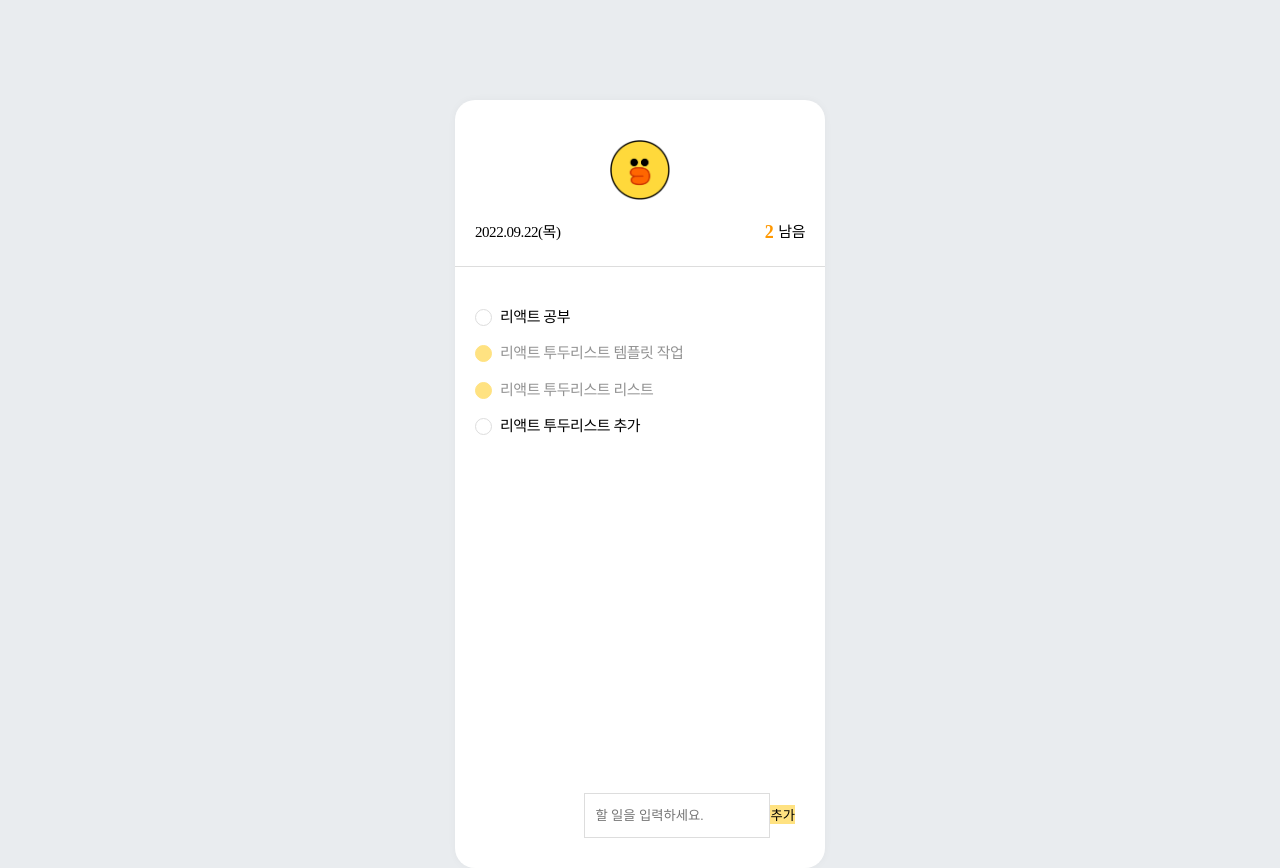
Repository: kwak0630/react-todo
Page: /
These files come from the project's save history. The page is drawn as it stood at one moment and after the next save; the edit follows.
The browser window is 1280 px wide. The pictures show the whole page.
The project was rebuilt for these pictures with package versions that can differ from the ones it lists, and the page was loaded fresh each time.

Above is the page before, as saved 2022-09-22 16:23:50.

### public/index.html
<!DOCTYPE html>
<html lang="en">
  <head>
    <meta charset="utf-8" />
    <link rel="icon" href="../src/assets/images/ico_sally.png" />
    <meta name="viewport" content="width=device-width, initial-scale=1" />
    <meta name="theme-color" content="#000000" />
    <meta
      name="description"
      content="Web site created using create-react-app"
    />
    <link rel="apple-touch-icon" href="%PUBLIC_URL%/logo192.png" />
    <!--
      manifest.json provides metadata used when your web app is installed on a
      user's mobile device or desktop. See https://developers.google.com/web/fundamentals/web-app-manifest/
    -->
    <link rel="manifest" href="%PUBLIC_URL%/manifest.json" />
    <!--
      Notice the use of %PUBLIC_URL% in the tags above.
      It will be replaced with the URL of the `public` folder during the build.
      Only files inside the `public` folder can be referenced from the HTML.

      Unlike "/favicon.ico" or "favicon.ico", "%PUBLIC_URL%/favicon.ico" will
      work correctly both with client-side routing and a non-root public URL.
      Learn how to configure a non-root public URL by running `npm run build`.
    -->
    <title>React - TodoList Test</title>
  </head>
  <body>
    <noscript>You need to enable JavaScript to run this app.</noscript>
    <div id="root"></div>
    <!--
      This HTML file is a template.
      If you open it directly in the browser, you will see an empty page.

      You can add webfonts, meta tags, or analytics to this file.
      The build step will place the bundled scripts into the <body> tag.

      To begin the development, run `npm start` or `yarn start`.
      To create a production bundle, use `npm run build` or `yarn build`.
    -->
  </body>
</html>

### src/App.js

import React from 'react'
import TodoTemplate from './components/TodoTemplate';
import TodoHeader from './components/TodoHeader';
import TodoList from './components/TodoList';
import TodoCreate from './components/TodoCreate';
import "./assets/css/style.scss"


const todos = [
  {
    id: 1,
    text: '리액트 공부',
    done: false
  },
  {
    id: 2,
    text: '리액트 투두리스트 템플릿 작업',
    done: true
  },
  {
    id: 3,
    text: '리액트 투두리스트 리스트',
    done: true
  },
  {
    id: 4,
    text: '리액트 투두리스트 추가',
    done: false
  }
]
function App() {
  return (
    <div>
      <TodoTemplate>
        <TodoHeader />
        <TodoList todos={todos} />
        <TodoCreate />
      </TodoTemplate>
    </div>
  );
}

export default App;

### src/components/TodoTemplate.js
import React from 'react';
import styled from 'styled-components';

const TodoTemplateBlock = styled.div`
    position: relative;

    display: flex;
    flex-direction: column;

    width: 370px;
    height: 768px;
    margin: 100px auto 0;

    background: white;
    border-radius: 20px;
    box-shadow: 0 0 8px 0 rgba(0, 0, 0, 0.04);
`;

function TodoTemplate({children}){
    return (
        <TodoTemplateBlock>
            {children}
        </TodoTemplateBlock>
    )
}

export default TodoTemplate;

### src/components/TodoHeader.js
import React from 'react';
import styled from 'styled-components';

const TodoHeaderBlock = styled.div`
    padding:40px 0 0;
    text-align: center;
    h1{
        font-size: 25px;
    }
    .sally{
        width: 60px;
    }
    .header-box{
        display: flex;
        justify-content: space-between;
        align-items: center;
        padding: 20px;
        border-bottom: 1px solid #ddd;
        .task{
            display: flex;
            justify-content: space-between;
            align-items: center;
            em{
                padding-right: 5px;
                font-size: 18px;
                font-weight: 700;
                color: #ff9800;
            }
        }
    }
`;

function TodoHeader(){
    return (
        <TodoHeaderBlock>
            <img className="sally" src={require('../assets/images/ico_sally.png')} alt="sally icon" />
            <div className="header-box">
                <span className='day'>2022.09.22(목)</span>
                <span className='task'><em>2</em>남음</span>
            </div>
        </TodoHeaderBlock>
    )
}

export default TodoHeader;

### src/components/TodoList.js
import React from 'react';
import styled from 'styled-components';
import TodoItem from './TodoItem';

const TodoListBlock = styled.div`
    padding:40px 20px 0;

`;

function TodoList({todos}){
    return (
        <TodoListBlock>
            {todos.map((todo) =>
                <TodoItem
                    todo={todo}
                    key={todo.id}
                />
            )}
            {/* <TodoItem text="React 공부" />
            <TodoItem text="TodoList Template" done={true} /> */}
        </TodoListBlock>
    )
}

export default TodoList;

### src/components/TodoCreate.js
import React from 'react';
import styled from 'styled-components';

const TodoCreateBlock = styled.div`
    position: absolute;
    bottom: 30px;
    right: 30px;
`;
const CreateBox = styled.div`
    .input-text{
        height: 45px;
        padding: 0 10px;
        border:1px solid #ddd;
    }
    .btn-type{

        border: none;
        background: #ffe281;
    }
`;

const CreateBtn = styled.div`
    position: relative;
    width: 60px;
    height: 60px;
    border-radius: 100%;
    background: #ffe281;
    font-size: 0;
    &:before{
        content: '';
        position: absolute;
        top: 50%;
        left: 50%;
        width: 20px;
        height: 2px;
        margin: -1px 0 0 -10px;
        background: #000;
    }
    &:after{
        content: '';
        position: absolute;
        top: 50%;
        left: 50%;
        width: 2px;
        height: 20px;
        margin: -10px 0 0 -1px;
        background: #000;
    }
`;

function TodoCreate(){

    return (
        <TodoCreateBlock>
            <CreateBox>
                <input
                    type="text"
                    className="input-text"
                    placeholder='할 일을 입력하세요.'
                />
                <button type="submit" className='btn-type'>추가</button>
            </CreateBox>
            {/* <CreateBtn>
                추가
            </CreateBtn> */}
        </TodoCreateBlock>
    )
}

export default TodoCreate;

### src/assets/css/style.scss

* {margin:0;padding:0;vertical-align:baseline;-webkit-text-size-adjust:100%;box-sizing:border-box;word-break:break-all;
  font-family: 'LeferiPoint-r';}
* {cursor: none !important;}
::before,::after{box-sizing:border-box;}

body {line-height:1.43;font-family:LeferiPoint-r,Noto,sans-serif;font-size:15px;letter-spacing:-0.03em;}
article, aside, details, figcaption, figure, footer, header, hgroup, menu, nav, section {display:block;}
ol, ul {list-style: none;}
blockquote, q {quotes: none;}
blockquote:before, blockquote:after,q:before, q:after {content: '';display:block;}

/* 테이블 스타일 초기화 */
table {width:100%;border-collapse:collapse;border-spacing:0;empty-cells:show;table-layout:fixed;}
th,td{font-weight:600;}
td {word-wrap:break-word;word-break:keep-all;}
fieldset {border:0;margin:0;padding:0;}
legend, caption {visibility:hidden;overflow:hidden;width:0;height:0;font-size:0;line-height:0;}
address, caption, em, var{font-style:normal;font-weight:inherit;}

/* 링크 */
a{text-decoration:none;}

pre{font-family: inherit;white-space: pre-wrap;}

/* 이미지, 폼관련 요소 */
img {border:0;vertical-align:top;width:100%;}

body {
  background: #e9ecef;
}

### src/components/TodoItem.js
import React from 'react';
import styled, {css} from 'styled-components';

const TodoItemBlock = styled.div`
    display: flex;
    align-items: center;

    margin-bottom: 15px;
`;
const Check = styled.div`
    width: 17px;
    height: 17px;
    margin-right: 8px;
    border: 1px solid #ddd;
    border-radius: 100%;
    ${props =>
    props.done &&
    css`
      background: #ffe281;
      border-color: #ffe281;
    `}

`;

const Text = styled.div`
    position: relative;
    font-size: 15px;
    ${props =>
    props.done &&
    css`
      color: #929292;
    `}

`;

function TodoItem({todo}){
    const { text, done } = todo;
    return (
        <TodoItemBlock>
            <Check done={done}></Check>
            <Text done={done}>
                {text}
            </Text>
            {/* <LineWrap done={done}>{done && <Line />}</LineWrap> */}
            {/* <Check done={done}></Check>
            <Text done={done}>
                {text}
                {done && <Line done={done}/>}
            </Text> */}
            {/* {text} */}
        </TodoItemBlock>
    )
}

export default TodoItem;

Loaded but not shown: src/index.js (common file); src/index.css (common file); src/reportWebVitals.js (common file)

After the next save:
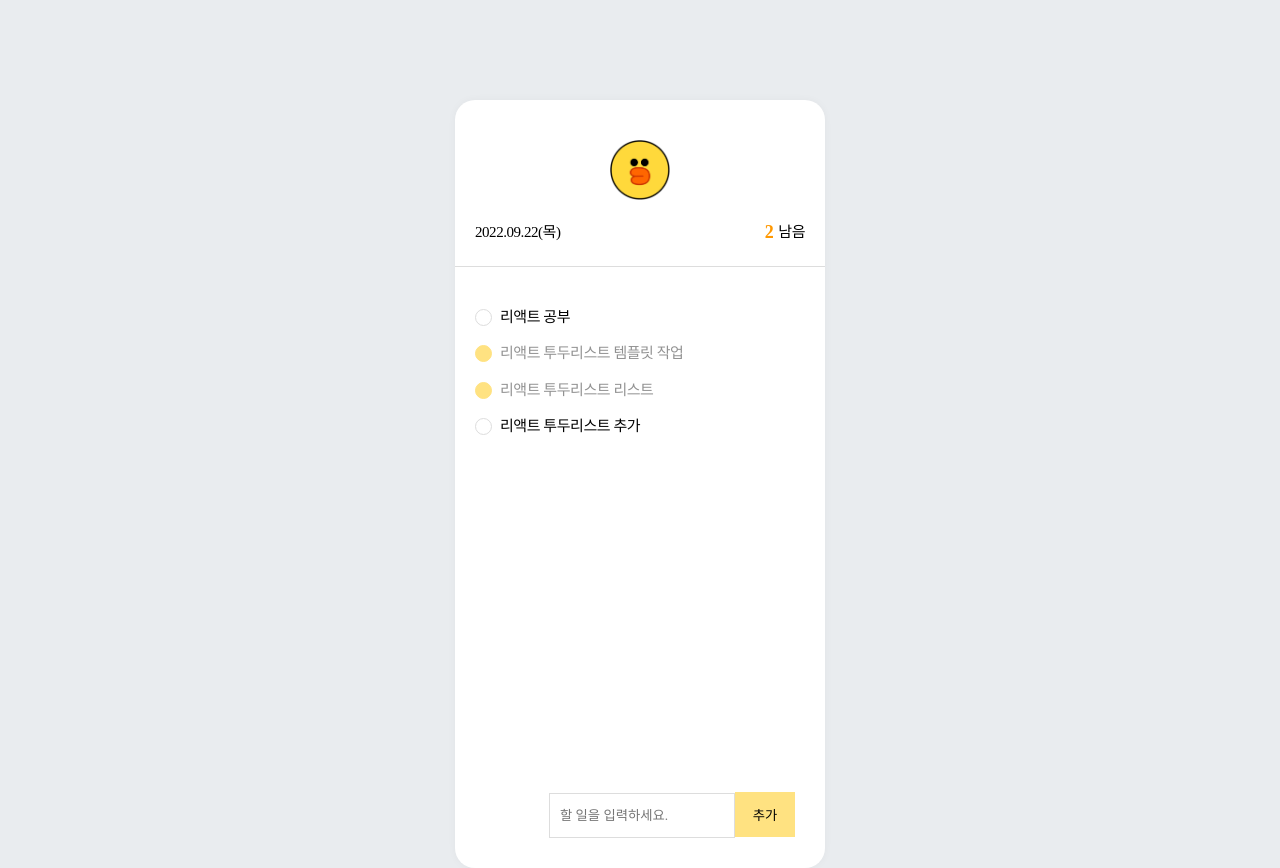
Saved 10 s later.
--- a/src/components/TodoCreate.js
+++ b/src/components/TodoCreate.js
@@ -13,7 +13,8 @@
         border:1px solid #ddd;
     }
     .btn-type{
-
+        width: 60px;
+        height: 45px;
         border: none;
         background: #ffe281;
     }
